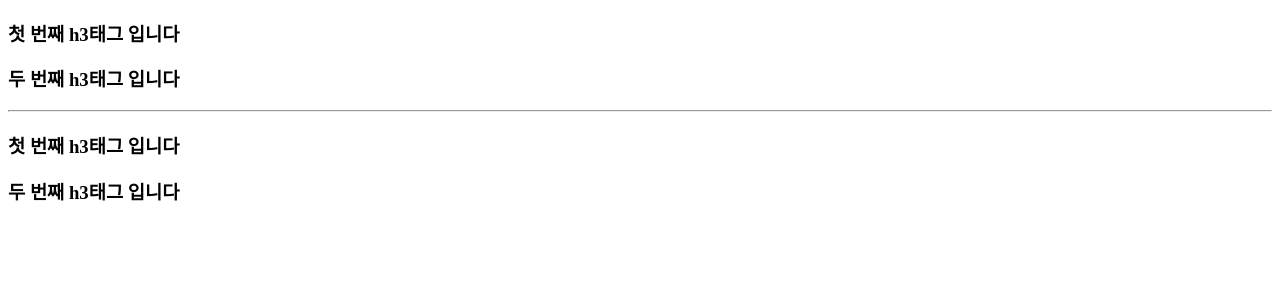
Repository: HyoJun00/Vue_JS
Page: Component/src/main/webapp/index.html
The author's editor kept a copy of each file at every save. The page is drawn from the files as they stood at one save, then again after the next save.
The browser window is 1280 px wide. The pictures show the whole page.

Above is the page before, as saved 2025-07-15 05:42:20.

### Component/src/main/webapp/index.html
<!DOCTYPE html>
<html>
<head>
<meta charset="UTF-8">
<title>Insert title here</title>
<script src="https://cdn.jsdelivr.net/npm/vue@2"></script>
<script>
	Vue.component('component1', {
		template : '<div>'
				 + '<h3>첫 번째 h3태그 입니다</h3>'
				 + '<h3>두 번째 h3태그 입니다</h3>'
				 + '</div>'
	})

	Vue.component('component2', {
		template : '<h3>세 번째 h3태그 입니다</h3>'
	})

	window.onload = function(){
		var test1 = new Vue({
			el : '#test1'
		})

		var test2 = new Vue({
			el : '#test2'
		})
	}
</script>
</head>
<body>
	<div id="test1">
		<component1></component1>
	</div>
	<hr/>
	<div id="test2">
		<component1></component1>
	</div>
</body>
</html>

After the next save:
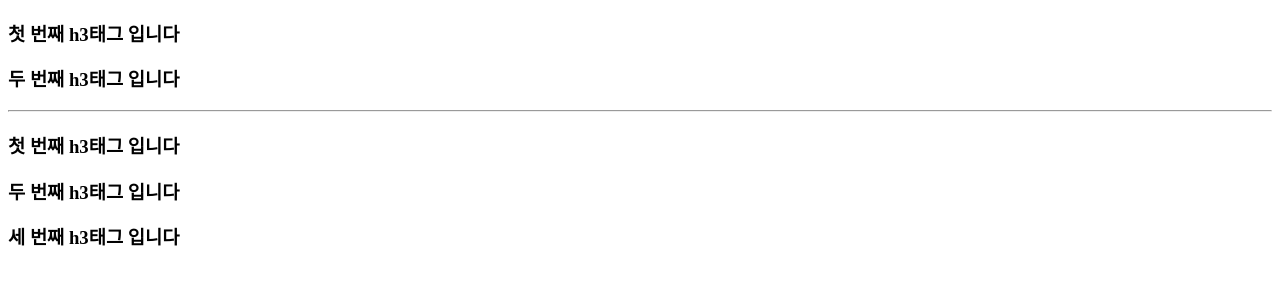
Saved 11 s later.
--- a/Component/src/main/webapp/index.html
+++ b/Component/src/main/webapp/index.html
@@ -34,6 +34,7 @@
 	<hr/>
 	<div id="test2">
 		<component1></component1>
+		<component2></component2>
 	</div>
 </body>
 </html>
